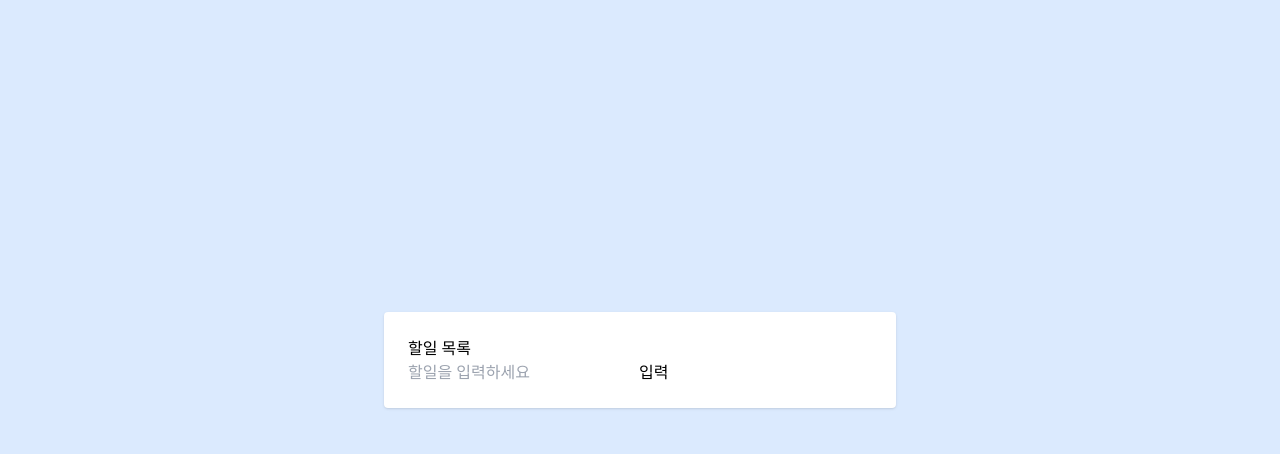
Repository: siwon9898/react-learn
Page: /
These files come from the project's save history. The page is drawn as it stood at one moment and after a run of saves; the edit follows.
The browser window is 1280 px wide. The pictures show the whole page.
The project was rebuilt for these pictures with package versions that can differ from the ones it lists, and the page was loaded fresh each time. Also part of the build but not shown: src/index.css.

Above is the page before, as saved 2023-03-30 11:30:45.

After the next 2 saves:
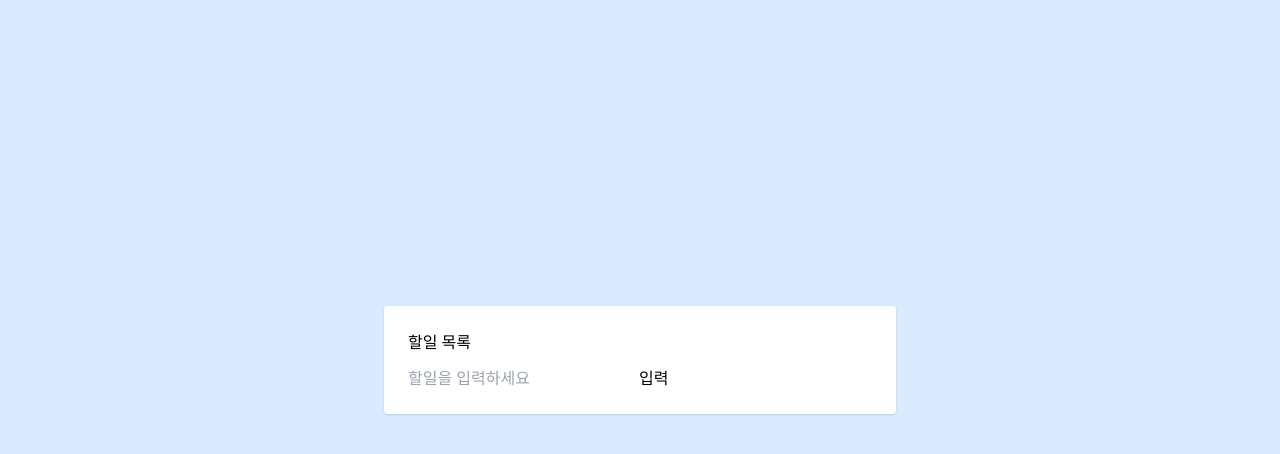
The 2 saves are shown as one change because they came seconds apart.
The last was saved 32 s later.
--- a/src/App.js
+++ b/src/App.js
@@ -124,7 +124,7 @@ export default function App() {
   return (
     <div className="flex items-center justify-center w-screen h-screen bg-blue-100">
       <div className="w-full p-6 m-4 bg-white rounded shadow lg:w-3/4 lg:max-w-lg">
-        <div>
+        <div className="flex justify-between mb-3">
           <h1>할일 목록</h1>
         </div>
         {/* tododata state는여러개의 컴포넌트에서 쓰기때문에 state자체를 옮기기보다는 props로 내려주는것이 적합 */}
